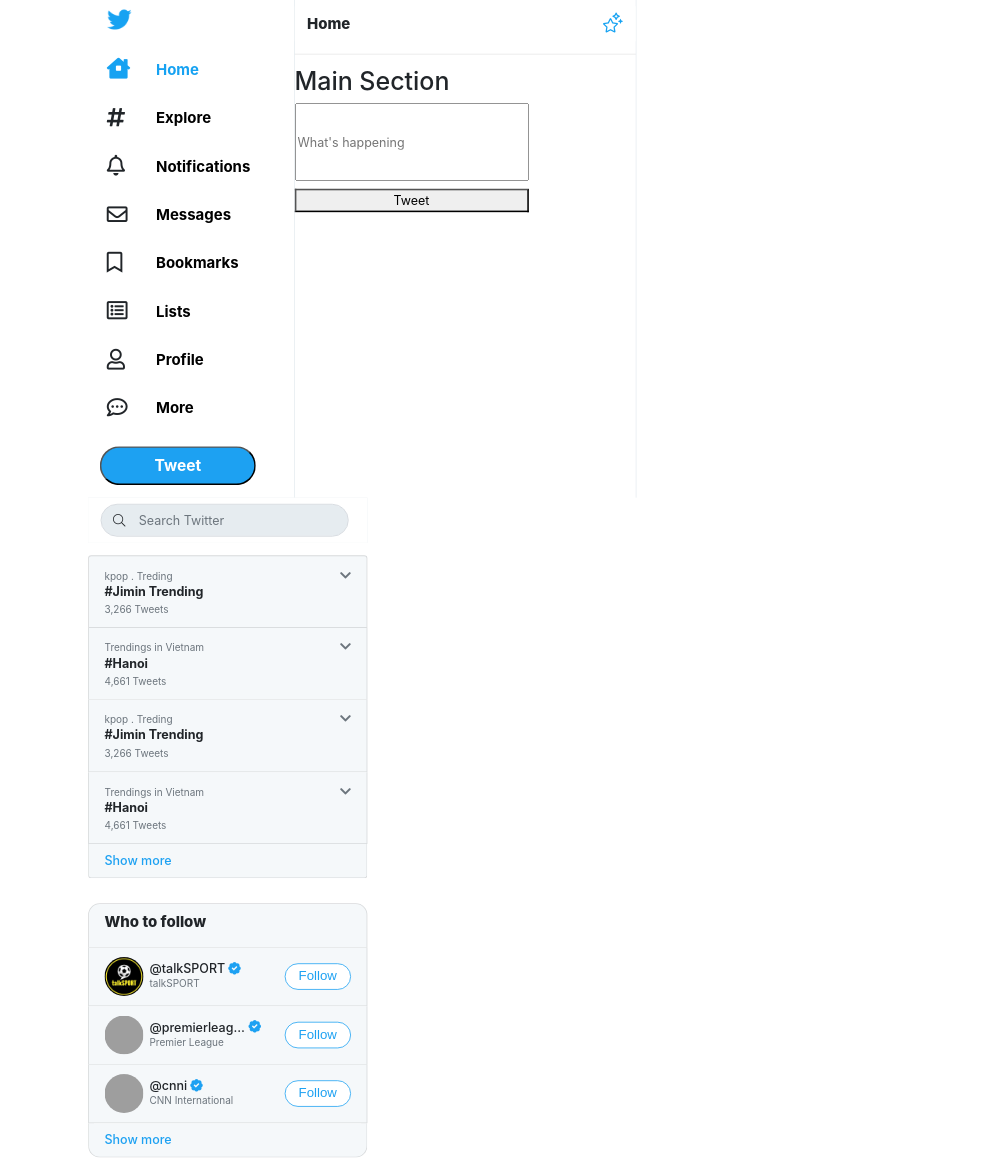
Repository: tts2610/Twitter-clone
Page: index.html
An editor plug-in stored every save of this project. The page is shown before and after the next save, followed by the edit.
The browser window is 1280 px wide. The pictures show the whole page, at 78% of full size.
Pictures or frames that could not be fetched are drawn as grey boxes.

Above is the page before, as saved 2020-05-23 15:04:07.

### index.html
<!DOCTYPE html>
<html lang="en">

<head>
    <meta charset="UTF-8">
    <!-- <meta name="viewport" content="width=device-width, initial-scale=1.0"> -->
    <title>Document</title>
    <link rel="stylesheet" href="css/style.css">
    <!-- Latest compiled and minified CSS -->
    <link rel="stylesheet" href="https://maxcdn.bootstrapcdn.com/bootstrap/4.5.0/css/bootstrap.min.css">

    <!-- jQuery library -->
    <script src="https://ajax.googleapis.com/ajax/libs/jquery/3.5.1/jquery.min.js"></script>

    <!-- Popper JS -->
    <script src="https://cdnjs.cloudflare.com/ajax/libs/popper.js/1.16.0/umd/popper.min.js"></script>

    <!-- Latest compiled JavaScript -->
    <script src="https://maxcdn.bootstrapcdn.com/bootstrap/4.5.0/js/bootstrap.min.js"></script>

    <!-- <link rel="stylesheet" crossorigin="anonymous" href="https://use.fontawesome.com/releases/v5.6.3/css/all.css" integrity="sha384-UHRtZLI+pbxtHCWp1t77Bi1L4ZtiqrqD80Kn4Z8NTSRyMA2Fd33n5dQ8lWUE00s/" /> -->
    <link rel="stylesheet" href="css/all.css">

</head>


<body>
    <div class="container">
        <div class="row">
            <div class="col-3">
                <div class="row">
                    <div class="col"><img src="/img/twt-logo1.png" alt="twitter-logo" width="50" height="50"></div>
                </div>
                <div class="row my-3">
                    <div id="outerMenuContainer" style="color: #16a2f2;">
                        <div class="col-2 mr-4 py-2 px-4" style="font-size: 20px;"><i class="fas fa-house fa-lg"></i></div>
                        <div class="col-10 py-2" style="margin-right: 0px;padding-right: 0px;font-weight: 700;font-size: larger;"> <a href="#Home" style="color: #16a2f2;">Home</a></div>
                    </div>

                </div>
                <div class="row my-3">
                    <div id="outerMenuContainer">
                        <div class="col-2 mr-4 py-2 px-4" style="font-size: 20px;"><i class="fas fa-hashtag fa-lg"></i></div>
                        <div class="col-10" style="margin-right: 0px;padding-right: 0px;font-weight: 700;font-size: larger;"><a href="#services">Explore</a></div>

                    </div>
                </div>
                <div class="row my-3">
                    <div id="outerMenuContainer">
                        <div class="col-2 mr-4 py-2 px-4" style="font-size: 20px;"><i class="far fa-bell fa-lg"></i></div>
                        <div class="col-10" style="margin-right: 0px;padding-right: 0px;font-weight: 700;font-size: larger;"><a href="#clients">Notifications</a></div>

                    </div>
                </div>
                <div class="row my-3">
                    <div id="outerMenuContainer">
                        <div class="col-2 mr-4 py-2 px-4" style="font-size: 20px;"><i class="far fa-envelope fa-lg"></i></div>
                        <div class="col-10" style="margin-right: 0px;padding-right: 0px;font-weight: 700;font-size: larger;"><a href="#contact">Messages</a></div>
                    </div>
                </div>
                <div class="row my-3">
                    <div id="outerMenuContainer">
                        <div class="col-2 mr-4 py-2 px-4" style="font-size: 20px;"><i class="far fa-bookmark fa-lg"></i></div>
                        <div class="col-10" style="margin-right: 0px;padding-right: 0px;font-weight: 700;font-size: larger;"><a href="#clients">Bookmarks</a></div>
                    </div>
                </div>
                <div class="row my-3">
                    <div id="outerMenuContainer">
                        <div class="col-2 mr-4 py-2 px-4" style="font-size: 20px;"><i class="far fa-list-alt fa-lg"></i></div>
                        <div class="col-10" style="margin-right: 0px;padding-right: 0px;font-weight: 700;font-size: larger;"><a href="#contact">Lists</a></div>
                    </div>
                </div>
                <div class="row my-3">
                    <div id="outerMenuContainer">
                        <div class="col-2 mr-4 py-2 px-4" style="font-size: 20px;"><i class="far fa-user fa-lg"></i></div>
                        <div class="col-10" style="margin-right: 0px;padding-right: 0px;font-weight: 700;font-size: larger;"><a href="#clients">Profile</a></div>
                    </div>
                </div>
                <div class="row my-3">
                    <div id="outerMenuContainer">
                        <div class="col-2 mr-4 py-2 px-4" style="font-size: 20px;"><i class="far fa-comment-dots fa-lg"></i></div>
                        <div class="col-10" style="margin-right: 0px;padding-right: 0px;font-weight: 700;font-size: larger;"><a href="#contact">More</a></div>
                    </div>
                </div>
                <div class="row my-3">
                    <div class="col"><button class="tweetbtn" href="#">Tweet</button></div>
                </div>
            </div>

            <div class="col-5" style="border-right: #e6ecf0 solid 1px; border-left: #e6ecf0 solid 1px; padding-left: 0px; padding-right: 0px;">
                <nav class="navbar sticky-top navbar-light my-2" id="leftNav">
                    <span>Home</span>
                    <span style="color: #16a2f2;"><i class="fal fa-stars fa-lg"></i></span>
                </nav>
                <hr/>
                <div>
                    <h2>Main Section</h2>
                    <input type="text" id="tweetArea" placeholder="What's happening">
                    <button id="tweetBtn" onclick="post()">Tweet</button>
                    <span id="remain"></span>
                    <div id="content" class="mt-5">
                    </div>



                </div>
            </div>

            <div class="col-2-sm">
                <nav class="navbar sticky-top navbar-light" id="rightNav">
                    <span style="position: absolute;z-index: 100;"><i class="fal fa-search ml-3"></i></span>
                    <div><input class="form-control mr-sm-2 pl-5" type="search" placeholder="Search Twitter" aria-label="Search" id="search"></div>
                </nav>
                <div id="trendings" class="py-3">
                    <ul class="list-group mb-3">
                        <!-- <li class="list-group-item d-flex justify-content-between lh-condensed header" style="border-radius: 15px 15px 0px 0px;" id="trendingHeader">
                            <div>
                                <div class="trends-header">Trends for you</div>
                            </div>
                            <span class="text-muted"><i class="fal fa-cog" style="COLOR: rgba(29,161,242,1.00); font-size: larger;"></i></span>
                        </li> -->
                        <li class="list-group-item d-flex justify-content-between lh-condensed content" id="trending1">
                            <div>
                                <small class="text-muted">Trendings in Vietnam</small>
                                <h6 class="my-0 hashtag">#Hanoi</h6>
                                <small class="text-muted">4,661 Tweets</small>
                            </div>
                            <span class="text-muted"><i class="fas fa-chevron-down"></i></span>
                        </li>
                        <li class="list-group-item d-flex justify-content-between lh-condensed content" id="trending2">
                            <div>
                                <small class="text-muted">kpop . Treding</small>
                                <h6 class="my-0 hashtag">#Jimin Trending</h6>
                                <small class="text-muted">3,266 Tweets</small>
                            </div>
                            <span class="text-muted"><i class="fas fa-chevron-down"></i></span>
                        </li>
                        <li class="list-group-item d-flex justify-content-between lh-condensed content" id="trending3">
                            <div>
                                <small class="text-muted">Trendings in Vietnam</small>
                                <h6 class="my-0 hashtag">#Hanoi</h6>
                                <small class="text-muted">4,661 Tweets</small>
                            </div>
                            <span class="text-muted"><i class="fas fa-chevron-down"></i></span>
                        </li>
                        <li class="list-group-item d-flex justify-content-between lh-condensed content" id="trending4">
                            <div>
                                <small class="text-muted">kpop . Treding</small>
                                <h6 class="my-0 hashtag">#Jimin Trending</h6>
                                <small class="text-muted">3,266 Tweets</small>
                            </div>
                            <span class="text-muted"><i class="fas fa-chevron-down"></i></span>
                        </li>
                        <li class="list-group-item d-flex justify-content-between lh-condensed content" style="border-radius: 0px 0px 15px 15px">
                            <div>
                                <h6 class="my-0"><a href="#" style="COLOR: rgba(29,161,242,1.00); text-decoration: none;">Show more</a></h6>
                            </div>
                        </li>
                    </ul>
                </div>

                <div id="whoToFollow" class="">
                    <ul class="list-group mb-3">
                        <li class="list-group-item d-flex justify-content-between lh-condensed" style="border-radius: 15px 15px 0px 0px;">
                            <div>
                                <h5 class="whoToFollow-header">Who to follow</h5>
                            </div>
                        </li>
                        <li class="list-group-item content">
                            <div class="row">
                                <div class="col-2">
                                    <img src="img/profileImages/talkSport.jpg" id="moreToFollowImg" alt="Avatar">
                                </div>
                                <div class="col-6">
                                    <div style="display: flex;">
                                        <h6 class="my-0 hashtag">@talkSPORT</h6>
                                        <i class="ml-1 fas fa-badge-check"></i>
                                    </div>

                                    <small class="text-muted">talkSPORT</small>

                                </div>
                                <div class="col-4">
                                    <a href="#" class="followBtn">Follow</a>
                                </div>
                            </div>
                        </li>
                        <li class="list-group-item content">
                            <div class="row">
                                <div class="col-2">
                                    <img src="https://d3pc1xvrcw35tl.cloudfront.net/ln/feedImages/643x481/bwpUoL-J_400x400_ckOpi7f_4RVQqqi_ZPjpFJN_cnPYP1e_202004.jpg" id="moreToFollowImg" alt="Avatar">
                                </div>
                                <div class="col-6">
                                    <div style="display: flex;">
                                        <h6 class="my-0 hashtag">@premierleague</h6>
                                        <i class="ml-1 fas fa-badge-check"></i>
                                    </div>

                                    <small class="text-muted">Premier League</small>

                                </div>
                                <div class="col-4">
                                    <a href="#" class="followBtn">Follow</a>
                                </div>
                            </div>
                        </li>
                        <li class="list-group-item content">
                            <div class="row">
                                <div class="col-2">
                                    <img src="https://upload.wikimedia.org/wikipedia/commons/thumb/6/66/CNN_International_logo.svg/1200px-CNN_International_logo.svg.png" id="moreToFollowImg" alt="Avatar">
                                </div>
                                <div class="col-6">
                                    <div style="display: flex;">
                                        <h6 class="my-0 hashtag">@cnni</h6>
                                        <i class="ml-1 fas fa-badge-check"></i>
                                    </div>

                                    <small class="text-muted">CNN International</small>

                                </div>
                                <div class="col-4">
                                    <a href="#" class="followBtn">Follow</a>
                                </div>
                            </div>
                        </li>
                        <li class="list-group-item d-flex justify-content-between lh-condensed content" style="border-radius: 0px 0px 15px 15px">
                            <div>
                                <h6 class="my-0"><a href="#" style="COLOR: rgba(29,161,242,1.00); text-decoration: none;">Show more</a></h6>
                            </div>
                        </li>
                    </ul>
                </div>
            </div>
        </div>

        <!-- <nav class="navbar sticky-top navbar-expand-lg navbar-light bg-light">
                <a class="navbar-brand" href="#">Navbar</a>
                <button class="navbar-toggler" type="button" data-toggle="collapse" data-target="#navbarSupportedContent" aria-controls="navbarSupportedContent" aria-expanded="false" aria-label="Toggle navigation">
                  <span class="navbar-toggler-icon"></span>
                </button>

                <div class="collapse navbar-collapse" id="navbarSupportedContent">
                    <ul class="navbar-nav mr-auto">
                    </ul>
                    <form class="form-inline my-2 my-lg-0">
                        <input class="form-control mr-sm-2" type="search" placeholder="Search" aria-label="Search">
                        <button class="btn btn-outline-success my-2 my-sm-0" type="submit">Search</button>
                    </form>
                </div>
            </nav> -->
        <!-- <div class="column2">

        </div>

        <div class="column3">

        </div> -->


        <!-- END COL-3 -->
    </div>

    <script src="js/script.js"></script>
    <script src="js/moment.js"></script>
</body>

</html>

### css/style.css
* {
    box-sizing: border-box;
}

body {
    font-family: “Helvetica Neue”, Helvetica, Arial, sans-serif;
}

body .container {
    max-width: 80%;
    padding-left: 0px;
    padding-right: 0px;
}


/* .container {
    width: 60%;
} */

#leftNav {
    display: flex;
    justify-content: space-between;
    font-size: larger;
    font-weight: 800;
    background-color: white;
}

#rightNav {
    width: 100%;
    background-color: white;
}

#rightNav .input-group-prepend {
    background-color: white !important;
    color: white !important;
}

#search {
    border-radius: 30px;
    height: 10px;
    padding: 20px;
    position: relative;
    width: 318px;
    background-color: #e6ecf0;
}

.sidenav {
    height: 100%;
    position: fixed;
    z-index: 1;
    top: 0;
    left: 0;
    background-color: rgb(255, 255, 255);
    overflow-x: hidden;
    padding-top: 20px;
    border-right: 1px solid lightgrey;
}

.sidenav a {
    text-decoration: none;
    font-size: 25px;
    color: #000000;
    display: block;
    font-family: system-ui, -apple-system, BlinkMacSystemFont, "Segoe UI", Roboto, Ubuntu, "Helvetica Neue", sans-serif;
    ;
    margin: 5px;
    margin-bottom: 10px;
}

.sidenav a:hover {
    color: #16afdd;
}

.main {
    margin-left: 160px;
    /* Same as the width of the sidenav /
    font-size: 28px; / Increased text to enable scrolling */
    padding: 0px 10px;
}

@media screen and (max-height: 450px) {
    .sidenav {
        padding-top: 15px;
    }
    .sidenav a {
        font-size: 18px;
    }
}

.tweetbtn {
    height: 50px;
    width: 200px;
    border-radius: 40px;
    background-color: rgb(29, 161, 242);
    color: white;
    font-weight: bolder;
    font-size: 20px;
    cursor: pointer;
    margin-left: 0px;
    margin-top: 10px;
}

.tweetbtn:hover {
    background-color: rgba(26, 145, 218);
}

.home {
    display: flex;
}

.explore {
    display: flex;
}

.notifications {
    display: flex;
}

.messages {
    display: flex;
}

.bookmarks {
    display: flex;
}

.lists {
    display: flex;
}

.profile {
    display: flex;
}

.more {
    display: flex;
}


/* Clear floats after the columns */

.row:after {
    content: "";
    display: table;
    clear: both;
}

tr {
    text-align: center;
}

#tweetArea {
    width: 300px;
    height: 100px
}

#tweetBtn {
    margin-top: 10px;
    width: 300px;
}


/* #trendings {
    background-color: #f5f8fa;
} */

#trendings .list-group-item {
    background-color: #f5f8fa;
}

#trendings .content {
    cursor: pointer;
}

#trendings .trends-header {
    font-weight: 800;
    font-size: larger;
}

#trendings .content:hover {
    filter: brightness(97%)
}

#trendings ul li .hashtag {
    font-weight: 700;
}

#moreToFollowImg {
    border-radius: 50%;
    width: 50px;
    height: 50px;
}

.fa-badge-check {
    color: rgba(29, 161, 242, 1.00);
}

.followBtn {
    -webkit-border-radius: 20px;
    -moz-border-radius: 20px;
    border-radius: 25px;
    color: #1DA1F2;
    font-family: Arial;
    font-size: 17px;
    font-weight: 200;
    padding: 3px;
    background-color: #FFFFFF;
    border: solid #1DA1F2 1px;
    text-decoration: none;
    /* display: inline-block; */
    cursor: pointer;
    text-align: center;
}

.followBtn:hover {
    color: #1DA1F2;
    background: #CFE7F6;
    border-radius: 25px;
    text-decoration: none;
    opacity: 0.7;
}

#whoToFollow .list-group-item {
    background-color: #f5f8fa;
}

#whoToFollow .content {
    cursor: pointer;
}

#whoToFollow .content:hover {
    filter: brightness(97%)
}

#whoToFollow .row .col-6 {
    display: flex;
    flex-direction: column;
    justify-content: center;
}

#whoToFollow .row .col-6 .hashtag {
    text-overflow: ellipsis;
    white-space: nowrap;
    overflow: hidden;
}

#whoToFollow .row .col-4 {
    display: flex;
    flex-direction: column;
    justify-content: center;
}

#whoToFollow .whoToFollow-header {
    font-weight: 800;
    font-size: larger;
}

h6 {
    font-weight: 700;
}

#content .functionBar {
    display: flex;
    justify-content: space-between;
}

#content .row {
    padding: 30px;
    border: 1px solid lightgrey;
}

#content .row div {
    margin-top: 4px;
}

#outerMenuContainer {
    display: flex;
    flex-direction: row;
    align-items: center;
    width: max-content;
}

#outerMenuContainer:hover {
    color: #1DA1F2 !important;
    background: #CFE7F6;
    border-radius: 25px;
    text-decoration: none;
    opacity: 0.7;
    /* padding: 5px 0px 5px 3px;
    width: max-content; */
}

#outerMenuContainer:hover a {
    color: #1DA1F2 !important;
}

#outerMenuContainer a {
    text-decoration: none;
    color: black;
}

### js/script.js
let tweetArea = document.getElementById("tweetArea");
const MAX_LETTER = 140;

let tweetList = [];




const countLetter = () => {
    let lengthOfSentence = tweetArea.value.length;

    let remain = MAX_LETTER - lengthOfSentence;



    if (remain < 0) {
        //  Disable button after 140 characters
        document.getElementById("tweetBtn").disabled = true;

        document.getElementById("remain").innerHTML = `${remain} left`;
        document.getElementById("remain").style.color = "red";
    } else {
        document.getElementById("remain").innerHTML = `${remain} left`;
        document.getElementById("remain").style.color = "black";
    }
}

const post = () => {

    let myTweet = {
        id: tweetList.length ? tweetList.length : 0,
        title: "Sean",
        logo: "img/profileImages/talkSport.jpg",
        content: "Pro-democracy activists warn that the new legislation could mean “the end of Hong Kong”",
        time: new Date().toISOString(),
        retweet: "6",
        likes: "20",
        comments: "10",
        isTweet: false,
        parent: null,
        hashtag: "@Sean"
    };

    // get value of input text
    let input = tweetArea.value;
    myTweet.content = input;

    tweetList.push(myTweet);
    renderFromList();

}



function deleteAll(id) {
    let index = tweetList.findIndex(element => element.id == id)
    tweetList.splice(index, 1)
    console.log(tweetList)
    renderFromList()
}

function renderFromList() {
    tweetList.sort((a, b) => b.id - a.id);
    let html = tweetList.map(element => {
        return `<div class="row">
        <div class="col-2">
            <img src="${element.logo}" id="moreToFollowImg" alt="Avatar">
        </div>
        <div class="col-10">
            <div>
                <span id="tweetTitle">${element.title}</span>
                <span><i class="ml-1 fas fa-badge-check"></i></span>
                <span>${element.hashtag}</span>
                <span>${moment(element.time).fromNow()}</span>
            </div>
            <div>
                ${element.content}
            </div>
            <div>
                link
            </div>
            <div class="functionBar">
                <i class="fal fa-comment"></i>
                <i class="far fa-retweet" onclick="retweet(${element.id})" style="cursor:pointer;"></i>
                <i class="fal fa-heart"></i>
                <i class="fal fa-upload" onclick="deleteAll(${element.id})"></i>
            </div>
        </div>
    </div>`

    }).join('')
    $('#content').empty();
    $('#content').append(html);
}

function retweet(id) {
    let original = tweetList.find(x => x.id == id);
    let child = {
        id: tweetList.length ? tweetList.length : 0,
        title: "Child",
        logo: "https://d3pc1xvrcw35tl.cloudfront.net/ln/feedImages/643x481/bwpUoL-J_400x400_ckOpi7f_4RVQqqi_ZPjpFJN_cnPYP1e_202004.jpg",
        content: original.content,
        time: "8mins",
        retweet: "6",
        likes: "20",
        comments: "10",
        isTweet: true,
        parent: original.id,
        hashtag: "@Child"
    }

    tweetList.push(child);
    console.log(tweetList);
    renderFromList();
}

function ranking() {
    let items = ['#trending1', '#trending2', '#trending3', '#trending4'];

    let randomItem = items[Math.floor(Math.random() * items.length)];
    var $myLi = $(randomItem)
    var $myUl = $(randomItem).parent();
    var listHeight = $myUl.innerHeight();
    var elemHeight = $myLi.height();
    var elemTop = $myLi.position().top;

    var moveUp = listHeight - (listHeight - elemTop) - 75;
    // var moveDown = elemHeight + 25;
    var moveDown = elemHeight + 25;
    var liId = $myLi.attr("id");
    var liHtml = $myLi.outerHTML();


    $("li").each(function() {
        if ($(this).attr("id") == liId || $(this).attr("id") == "trendingHeader" || $myLi.is(':first-child')) {
            return false;
        }
        $(this).animate({
            "top": '+=' + moveDown
        }, 1000);
        $myLi.animate({
            "top": '-=' + moveUp
        }, 1000, function() {
            $myLi.remove();
            var oldHtml = $myUl.html();

            $myUl.html(liHtml + oldHtml);
            $myUl.children("li").attr("style", "");
        });
    });


    setTimeout(ranking, 2000);
}

$(document).ready(function() {
    tweetArea.addEventListener("input", countLetter);
    $.fn.outerHTML = function() {
        return $(this).clone().wrap('<div></div>').parent().html();
    }
    setTimeout(ranking, 2000);
})



// var aPost = {
//   name: "Hugo",
//   logo: "mylogo.png",
//   time: "8mins",
//   retweet: "6",
//   likes: "20",
//   comments: "10"
// isTweet: true,
// parent:
hastags: ["#teamMember", "#French"]
    // };

// let myList = [aPost,aPost,aPost,aPost]

Loaded but not shown: css/all.css (library); js/moment.js (library)

After the next save:
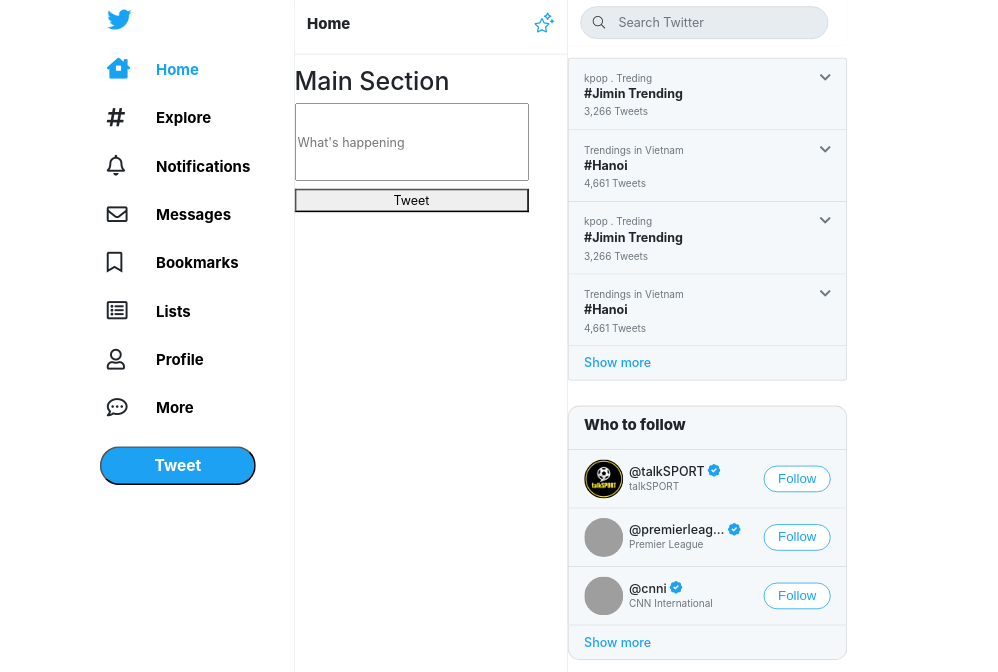
Saved 5 s later.
--- a/index.html
+++ b/index.html
@@ -87,7 +87,7 @@
                 </div>
             </div>
 
-            <div class="col-5" style="border-right: #e6ecf0 solid 1px; border-left: #e6ecf0 solid 1px; padding-left: 0px; padding-right: 0px;">
+            <div class="col-4" style="border-right: #e6ecf0 solid 1px; border-left: #e6ecf0 solid 1px; padding-left: 0px; padding-right: 0px;">
                 <nav class="navbar sticky-top navbar-light my-2" id="leftNav">
                     <span>Home</span>
                     <span style="color: #16a2f2;"><i class="fal fa-stars fa-lg"></i></span>
@@ -106,7 +106,7 @@
                 </div>
             </div>
 
-            <div class="col-2-sm">
+            <div class="col-3-sm">
                 <nav class="navbar sticky-top navbar-light" id="rightNav">
                     <span style="position: absolute;z-index: 100;"><i class="fal fa-search ml-3"></i></span>
                     <div><input class="form-control mr-sm-2 pl-5" type="search" placeholder="Search Twitter" aria-label="Search" id="search"></div>
